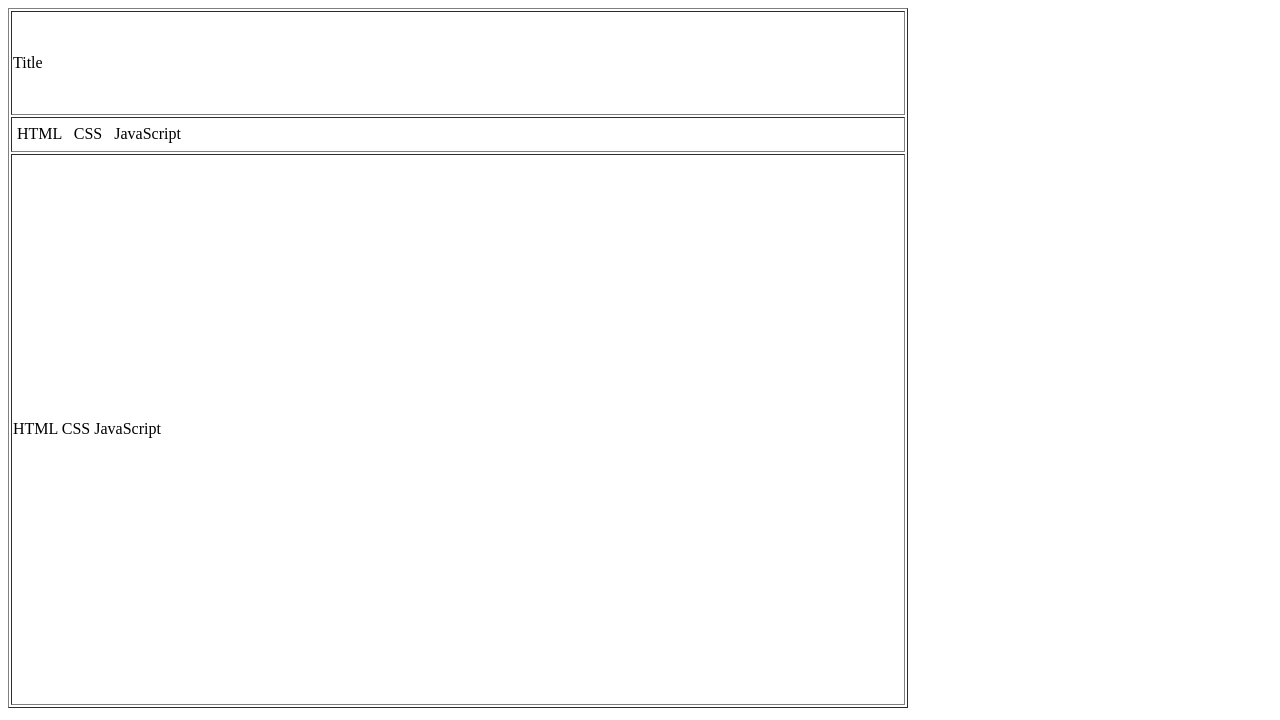
Repository: Hwangjiwon/MultiCampus
Page: 2Study/WebContent/audio_video.html
These files come from the project's save history. The page is drawn as it stood at one moment and after the next save; the edit follows.
The browser window is 1280 px wide. The pictures show the whole page.

Above is the page before, as saved 2019-05-30 02:24:41.

### 2Study/WebContent/audio_video.html
<!DOCTYPE html>
<html>
<head>
<meta charset="UTF-8">
<title>Insert title here</title>
</head>
<body>
	<table border="1" width="900" height="700">
		<tr height="15%"><td colspan="2">Title</td></tr>
		<tr height="5%"><td colspan="2"> &nbsp;HTML &nbsp; CSS &nbsp; JavaScript &nbsp; </td></tr>
		<tr width="20%"><td colspan="2"> HTML CSS JavaScript </td></tr>

	</table>
</body>
</html>

After the next save:
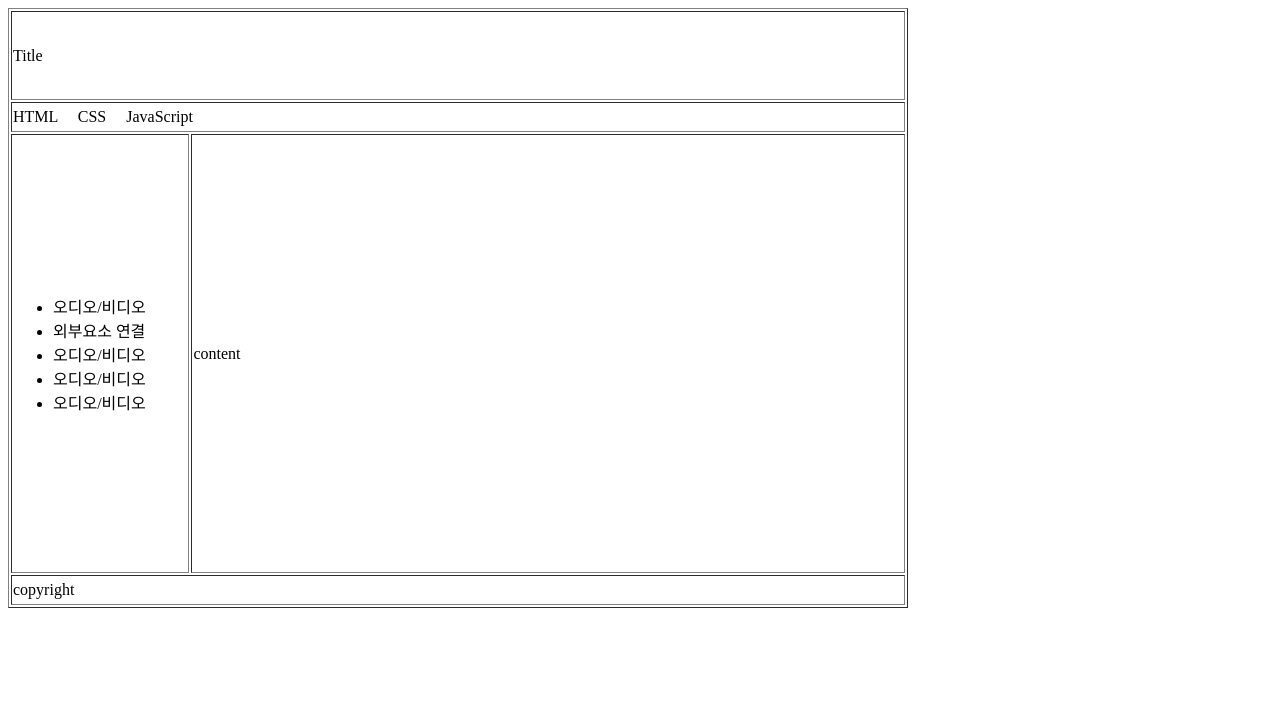
Saved 2 min 52 s later.
--- a/2Study/WebContent/audio_video.html
+++ b/2Study/WebContent/audio_video.html
@@ -5,11 +5,19 @@
 <title>Insert title here</title>
 </head>
 <body>
-	<table border="1" width="900" height="700">
-		<tr height="15%"><td colspan="2">Title</td></tr>
-		<tr height="5%"><td colspan="2"> &nbsp;HTML &nbsp; CSS &nbsp; JavaScript &nbsp; </td></tr>
-		<tr width="20%"><td colspan="2"> HTML CSS JavaScript </td></tr>
+	 <table border="1" width="900" height="600">
+      <tr height="15%"><td colspan="2">Title</td></tr>
+      <tr height="5%"><td colspan="2">HTML &nbsp;&nbsp;&nbsp; CSS &nbsp;&nbsp;&nbsp; JavaScript</td></tr>
+      <tr><td width="20%">
+      <ul>
+         <li>오디오/비디오</li>
+         <li>외부요소 연결</li>
+         <li>오디오/비디오</li>
+         <li>오디오/비디오</li>
+         <li>오디오/비디오</li>
+      </ul></td><td>content</td></tr>
+      <tr height="5%"><td colspan="2">copyright</td></tr>
+   </table>
 
-	</table>
 </body>
 </html>
